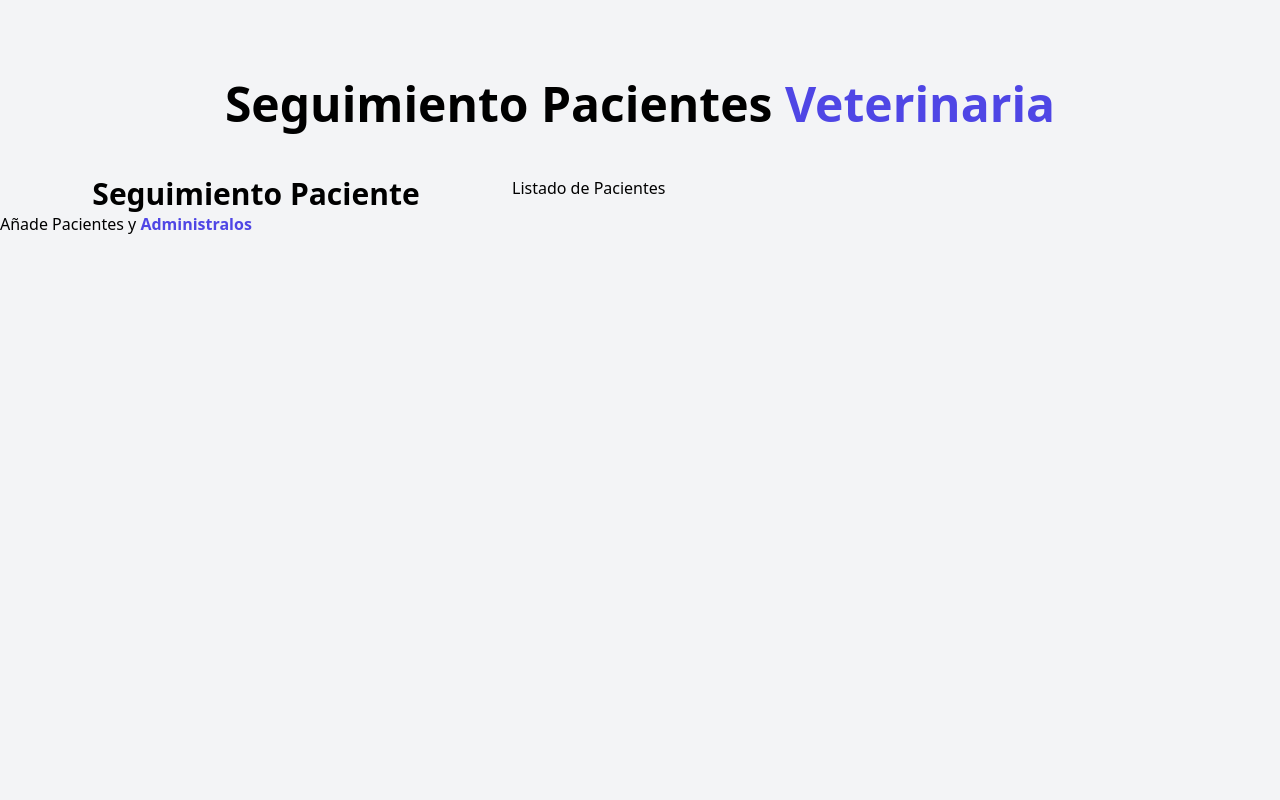
Repository: richardacb/citas_react_vite
Page: /
These files come from the project's save history. The page is drawn as it stood at one moment and after a run of saves; the edit follows.
The browser window is 1280 px wide. The pictures show the whole page.
The project was rebuilt for these pictures with package versions that can differ from the ones it lists, and the page was loaded fresh each time. Also part of the build but not shown: vite.config.js.

Above is the page before, as saved 2022-12-17 02:38:08.

After the next 5 saves:
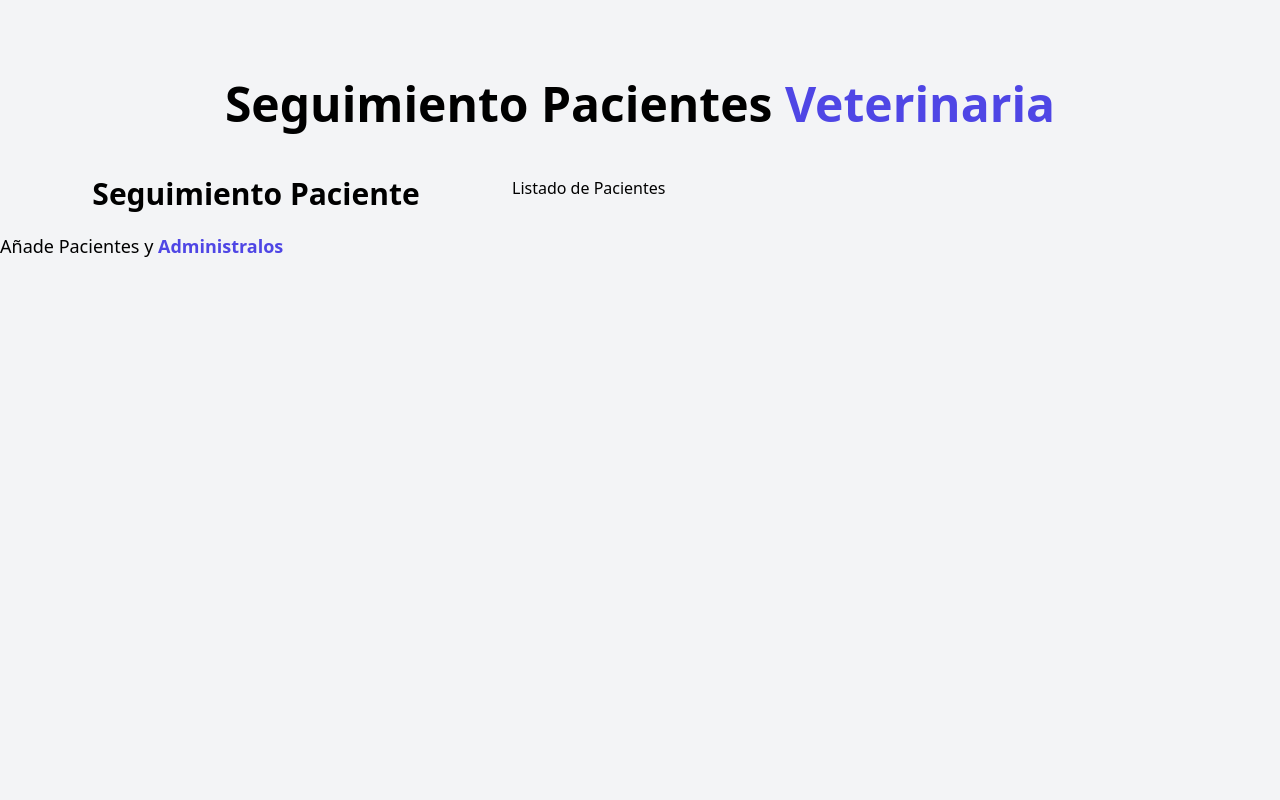
The 5 saves are shown as one change because they came seconds apart.
The last was saved 12 s later.
--- a/src/components/Formulario.jsx
+++ b/src/components/Formulario.jsx
@@ -3,7 +3,7 @@ const Formulario = () => {
         <div className="md:w-1/2 lg:w-2/5">
             <h2 className="font-black text-3xl text-center">Seguimiento Paciente</h2>
 
-            <p>
+            <p className="text-lg mt-5">
                 Añade Pacientes y {''} <span className="text-indigo-600 font-bold">Administralos</span>
             </p>
         </div>
